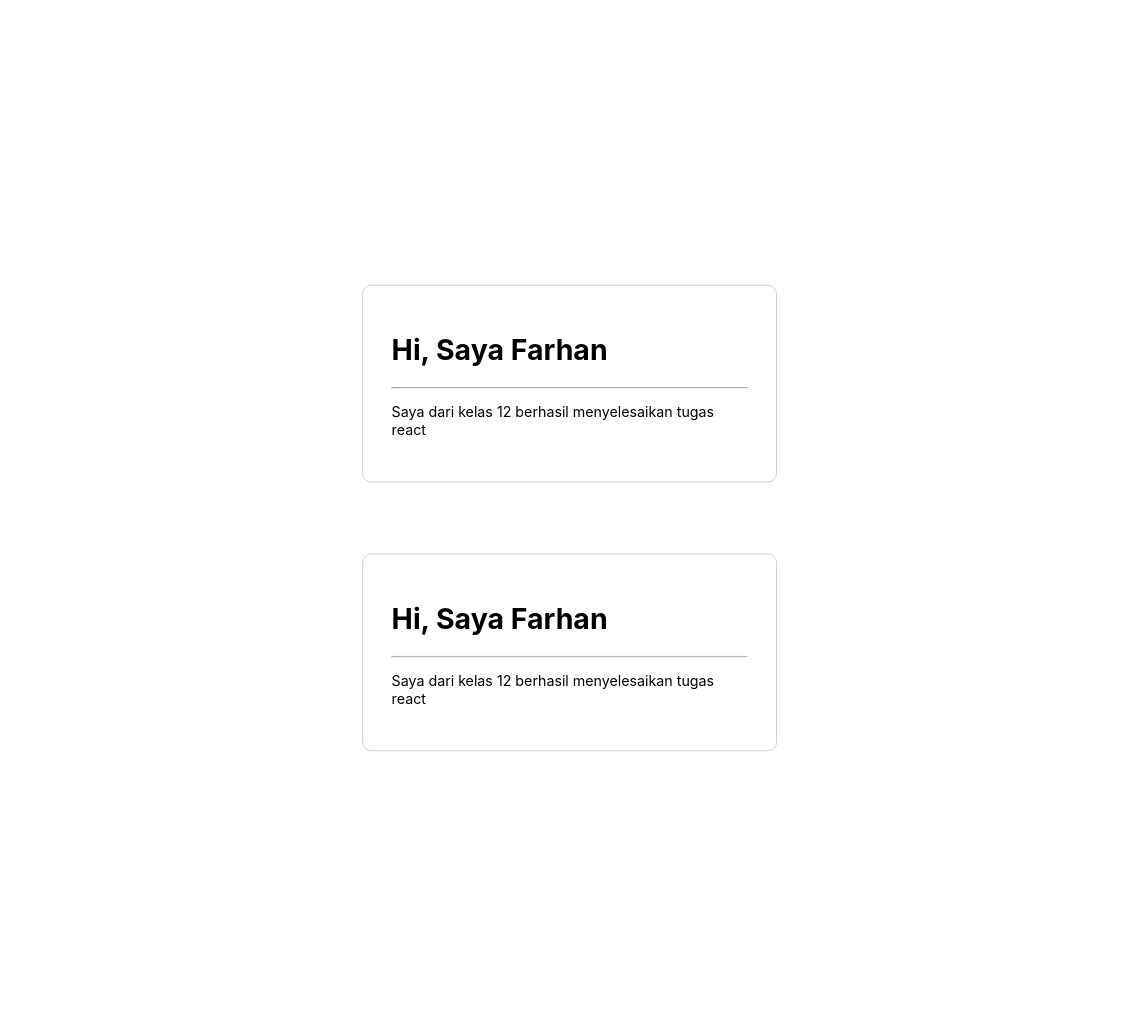
Repository: mfarhannr/Tugas-Reactjs_Farhan
Page: /
These files come from the project's save history. The page is drawn as it stood at one moment and after the next save; the edit follows.
The browser window is 1280 px wide. The pictures show the whole page, at 89% of full size.
The project was rebuilt for these pictures with package versions that can differ from the ones it lists, and the page was loaded fresh each time.

Above is the page before, as saved 2024-05-03 15:25:05.

After the next save:
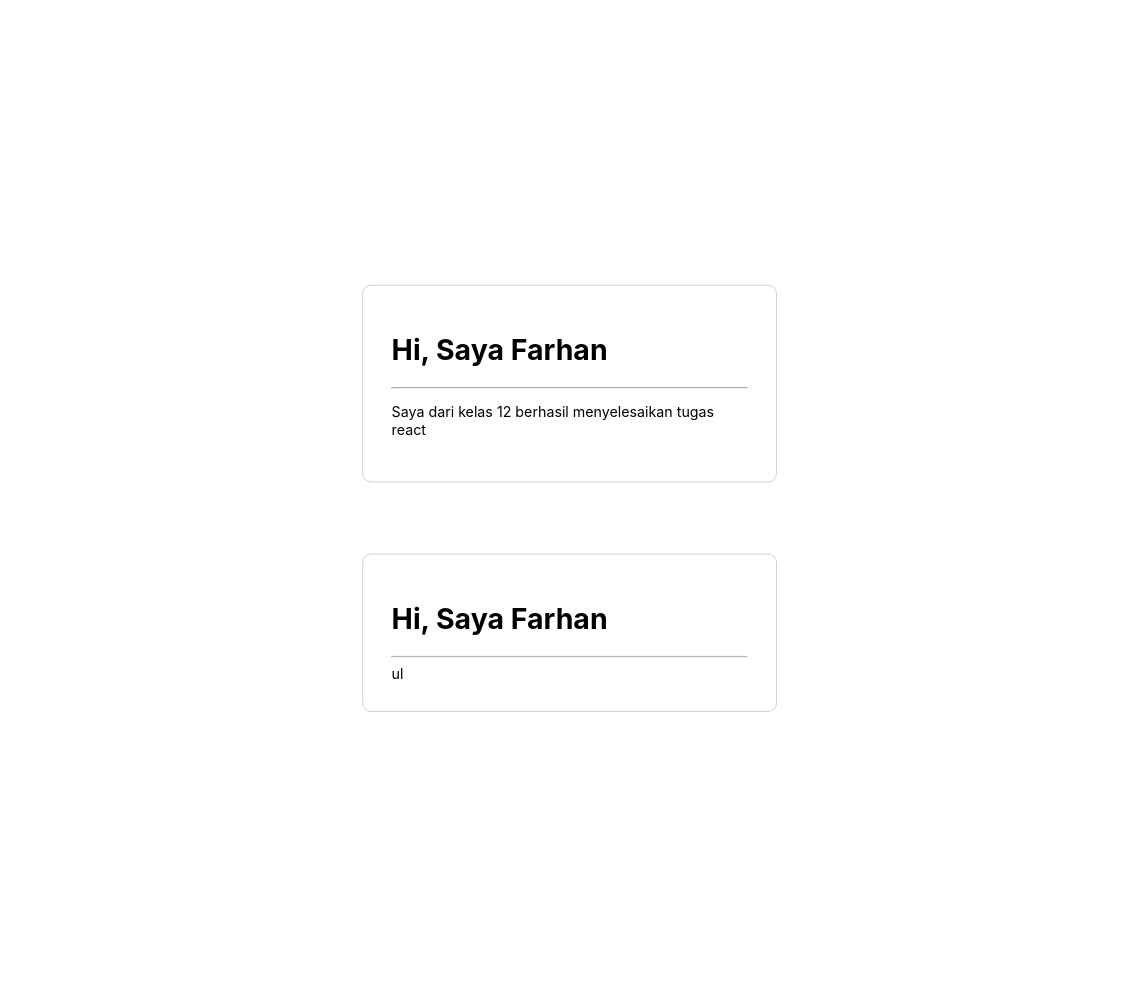
Saved 38 s later.
--- a/src/tugas7/tugas7.js
+++ b/src/tugas7/tugas7.js
@@ -5,7 +5,7 @@ function Tugas7() {
     <div className="Card1">
       <h1>Hi, Saya Farhan</h1>
       <hr></hr>
-      <p>Saya dari kelas 12 berhasil menyelesaikan tugas react</p>
+      ul
     </div>
   );
 }
